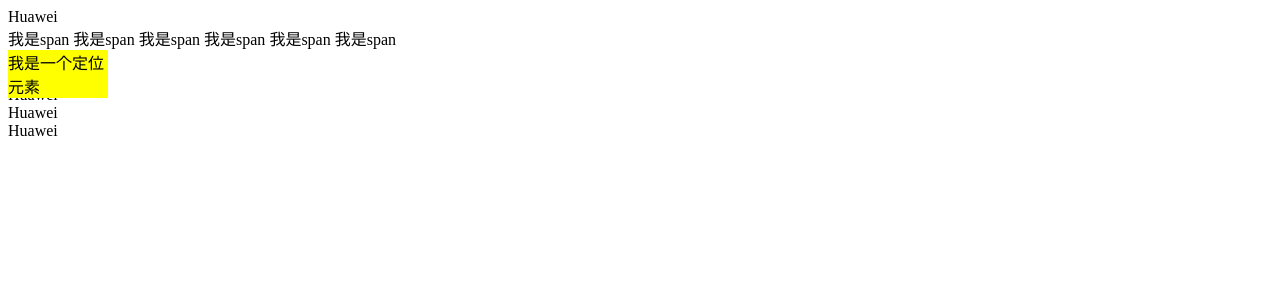
Repository: nanvon/front-end_byhuawei
Page: CSS层级.html
An editor plug-in stored every save of this project. The page is shown before and after a run of saves, followed by the edit.
The browser window is 1280 px wide. The pictures show the whole page.

Above is the page before, as saved 2020-12-10 20:11:49.

### CSS层级.html
<!DOCTYPE html>
<html lang="en">
<head>
    <meta charset="UTF-8">
    <meta name="viewport" content="width=device-width, initial-scale=1.0">
    <title>Document</title>
    <style>
        .pos1{
            position: fixed;
            background: yellow;
            width: 100px;
        }
    </style>
</head>
<body>
    <div>Huawei</div>
    <span>我是span</span>
    <span>我是span</span>
    <span>我是span</span>
    <span>我是span</span>
    <span>我是span</span>
    <span>我是span</span>
    <div class="pos1">我是一个定位元素</div>
    <div>Huawei</div>
    <div>Huawei</div>
    <div>Huawei</div>
    <div>Huawei</div>
    <div>Huawei</div>

</body>
</html>

After the next 3 saves:
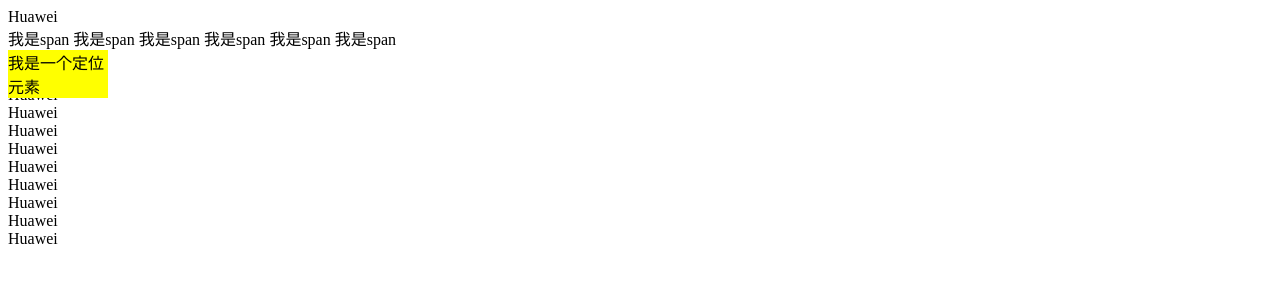
The 3 saves are shown as one change because they came seconds apart.
The last was saved 13 s later.
--- a/CSS层级.html
+++ b/CSS层级.html
@@ -26,6 +26,11 @@
     <div>Huawei</div>
     <div>Huawei</div>
     <div>Huawei</div>
-
+    <div>Huawei</div>
+    <div>Huawei</div>
+    <div>Huawei</div>
+    <div>Huawei</div>
+    <div>Huawei</div>
+    <div>Huawei</div>
 </body>
 </html>
